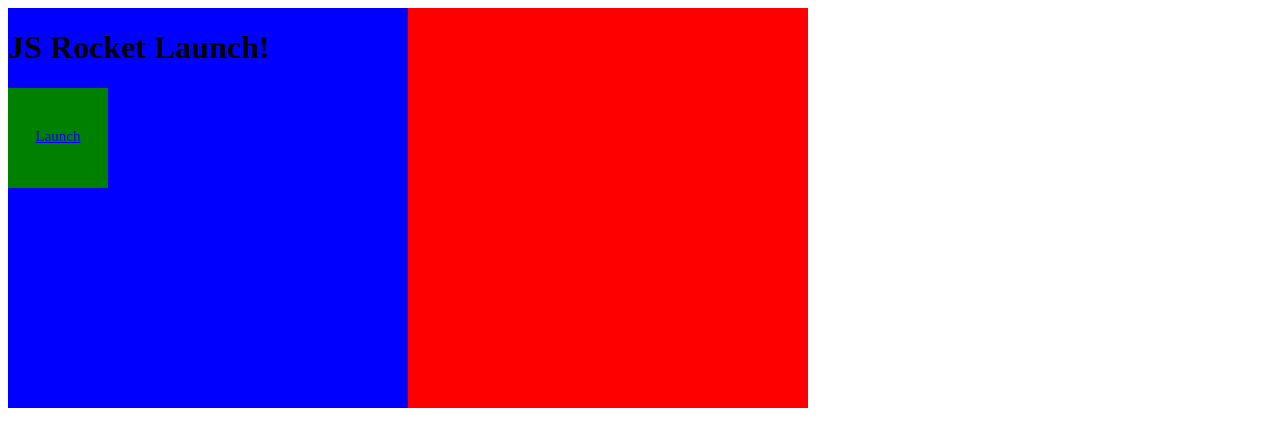
Repository: alcarrizo/Rocket-launch
Page: index.html
These files come from the project's save history. The page is drawn as it stood at one moment and after the next save; the edit follows.
The browser window is 1280 px wide. The pictures show the whole page.

Above is the page before, as saved 2022-10-19 19:34:50.

### index.html
<!DOCTYPE html>
<html lang="en">
<head>
    <meta charset="UTF-8">
    <meta http-equiv="X-UA-Compatible" content="IE=edge">
    <meta name="viewport" content="width=device-width, initial-scale=1.0">
    <title>Rocket Launch sequence</title>
    <script type="text/javascript" src="js/script.js"> </script>
    <link rel="stylesheet" href="css/style.css">
</head>
<body>
    <div class="left">
        <div class="state1">
            <h1>JS Rocket Launch!</h1>
            <a href="#" class="button" onclick="startCountDown();">Launch</a>
        </div>
    </div>

    <div class="right">
        <div class="rocket"></div>
    </div>
</body>
</html>

### js/script.js
var car = {
    make: 'VW',
    type: 'Polo',
    color: 'blue',
    isTurnedOn: false,
    numOfWheels: 4,
    seats: [
        'seat1',
        'seat2',
        'seat3',
        'seat4'
    ],
    turnOn: function () {
        this.isTurnedOn = true;
    },
    turnOff: function () {
        this.isTurnedOn = false;
    },
    fly: function () {
        alert('fly');
    },
    switchCar: function (isOn) {
        console.log('turn car ' + isOn)
        if (isOn == true) {
            this.isTurnedOn = true;
        }
        else {
            this.isTurnedOn = false;
        }
    }

};

console.log('hello there friends!');

// this function gets the id of the cool div and swaps it's classname
// between 'cool' and 'cool red' to make it swap between a bacground of
// green and red
var doCoolStuff = function () {
    coolDiv = document.getElementById('cool');
    if (coolDiv.className == 'cool') {
        coolDiv.className = 'cool red'
    }
    else {
        coolDiv.className = 'cool'
    }

}

### css/style.css
body {
    display: flex;
}

.left {
    box-sizing: border-box;
    width: 400px;
    height: 400px;
    background-color: blue;
}

.right {
    box-sizing: border-box;
    width: 400px;
    height: 400px;
    background-color: red;
}

a.button {
    display: block;
    box-sizing: border-box;
    text-align: center;
    padding-top: 40px;
    height: 100px;
    width: 100px;
    font-size: 15px;
    background-color: green;

}

After the next save:
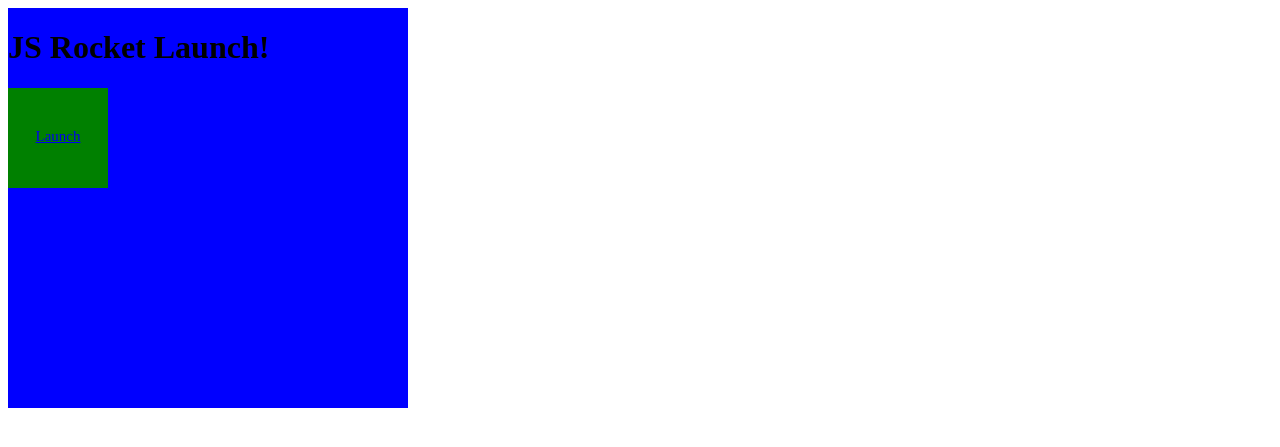
Saved 98 s later.
--- a/css/style.css
+++ b/css/style.css
@@ -1,8 +1,7 @@
-body {
-    display: flex;
-}
+body {}
 
 .left {
+    position: fixed;
     box-sizing: border-box;
     width: 400px;
     height: 400px;
